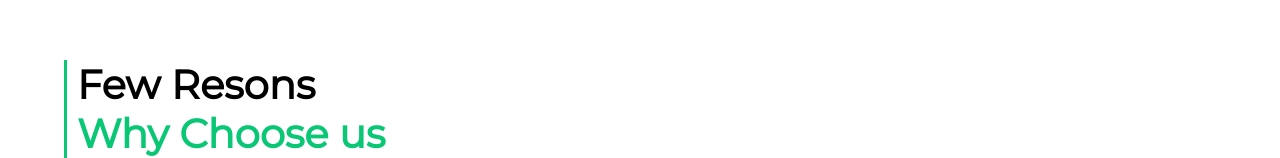
Repository: Yowani24/Real-Estate2
Page: index.html
The author's editor kept a copy of each file at every save. The page is drawn from the files as they stood at one save, then again after the next save.
The browser window is 1280 px wide. The pictures show the part of the page from y = 2326 to 2802 px (the page is 2484 px tall before and 2802 px after).
A picture or video elsewhere on the page could not be fetched, so the positions and the page height are approximate. Some web fonts or font styles are not loaded; a fallback is used.

Above is the page before, as saved 2021-08-29 13:18:48.

After the next save:
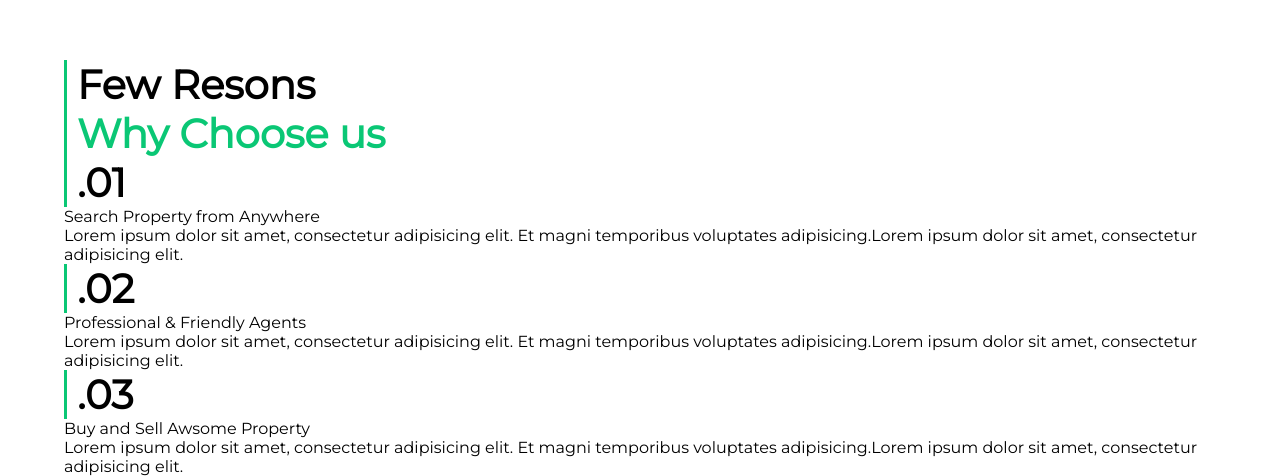
Saved 3 min 46 s later.
--- a/index.html
+++ b/index.html
@@ -101,10 +101,12 @@
     </section>
 
     <section class="whyUs_sec">
-        <div class="interface_wrapper whyUs">
+        <div id="whyUs" class="interface_wrapper whyUs">
             <p>Few Resons <br/> <span>Why Choose us</span></p>
-            <div>
-
+            <div v-for="item in items">
+                <p>{{item.position}}</p>
+                <p>{{item.title}}</p>
+                <p>{{item.desc}}</p>
             </div>
         </div>
     </section>
